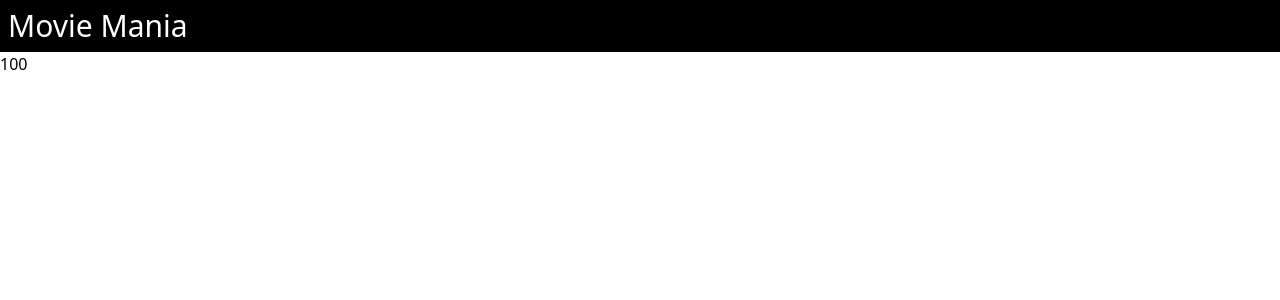
Repository: mdsajib50/Movie-Mania
Page: src/index.html
These files come from the project's save history. The page is drawn as it stood at one moment and after the next save; the edit follows.
The browser window is 1280 px wide. The pictures show the whole page.

Above is the page before, as saved 2025-03-06 11:19:52.

After the next save:
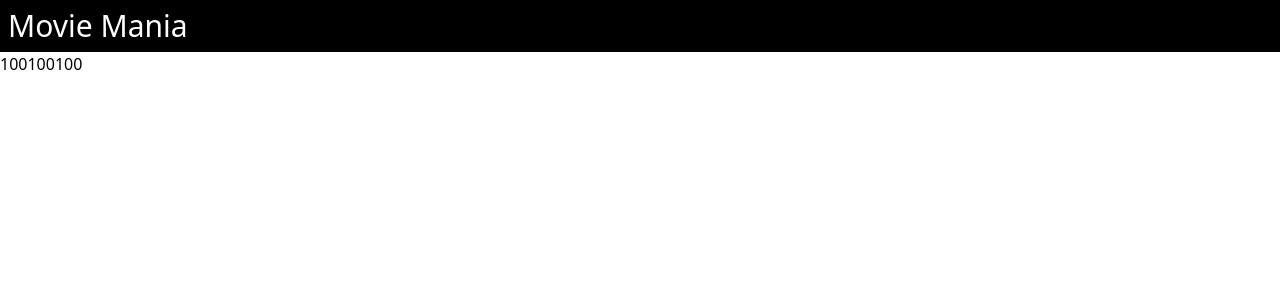
Saved 5 s later.
--- a/src/index.html
+++ b/src/index.html
@@ -13,6 +13,8 @@
         </nav>
         <div class="flex">
             <div><span>100</span></div>
+            <div><span>100</span></div>
+            <div><span>100</span></div>
         </div>
      </div>
     <script src="script.js"></script>
